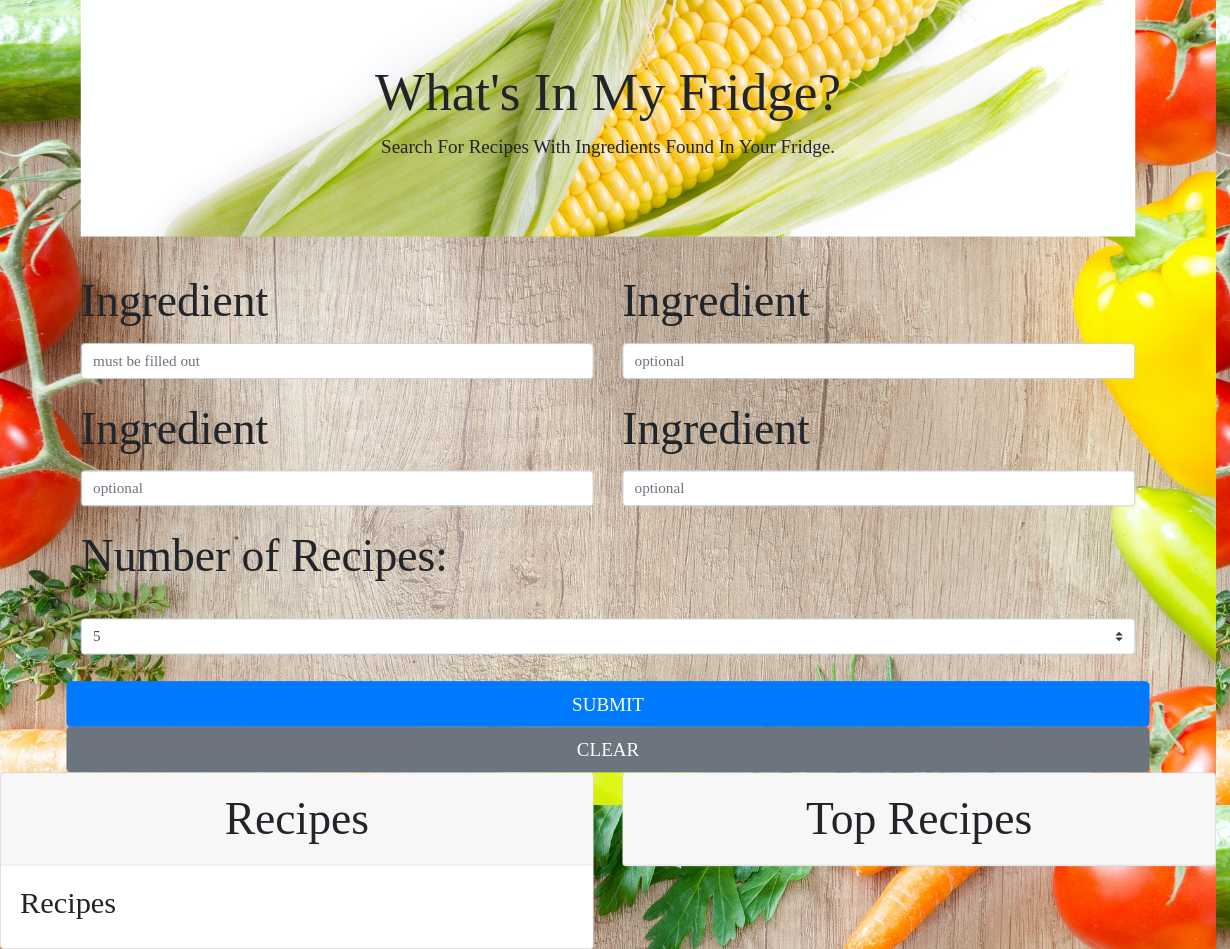
Repository: ogipajic/Recipe_API
Page: index.html
An editor plug-in stored every save of this project. The page is shown before and after the next save, followed by the edit.
The browser window is 1280 px wide. The page is 1295 px wide, so the pictures cover 1295 px, including what lies to the right of the window. The pictures show the whole page, at 95% of full size.
The page's requests for data from a server got no answer. Backgrounds fixed to the window are drawn as part of the page. Some web fonts or font styles are not loaded; a fallback is used.

Above is the page before, as saved 2020-07-12 16:31:34.

After the next save:
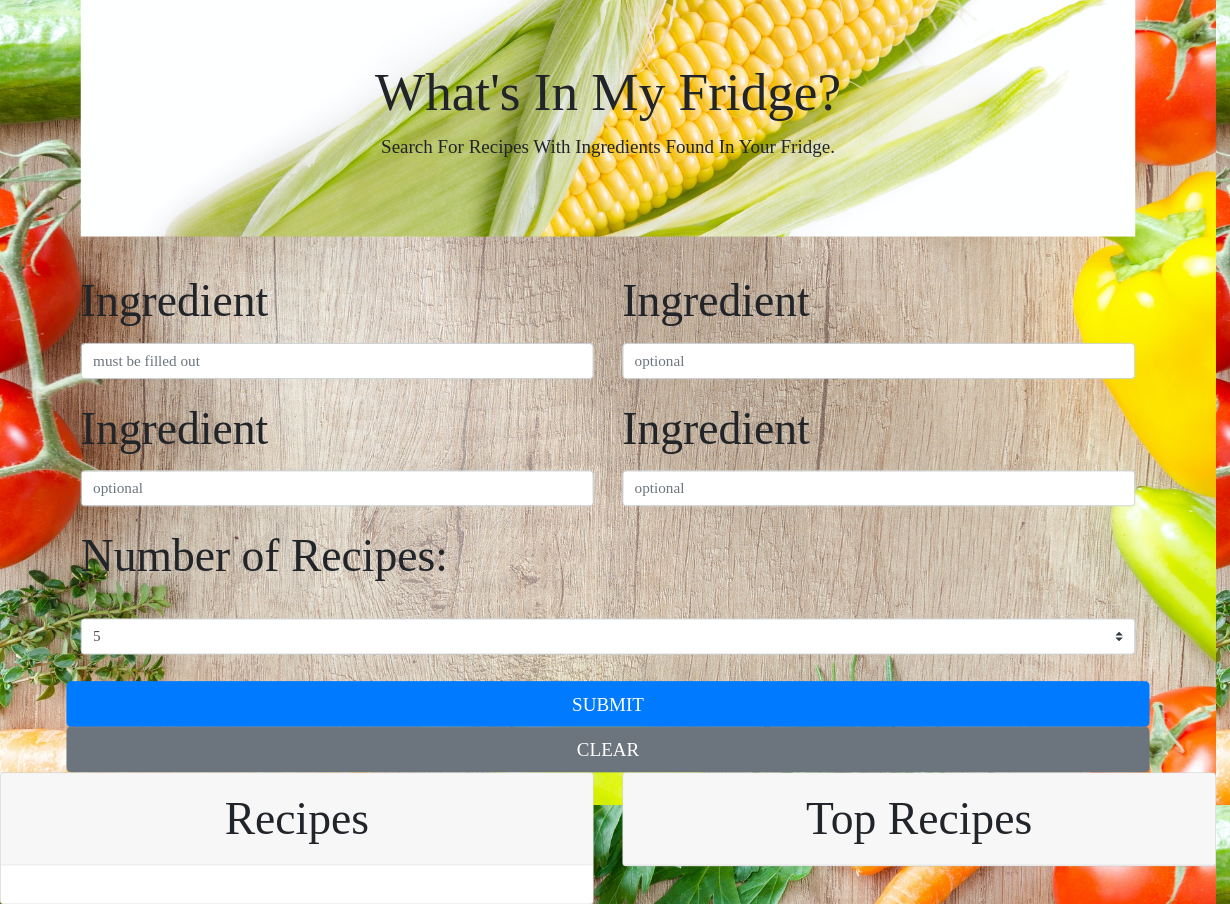
Saved 22 s later.
--- a/index.html
+++ b/index.html
@@ -101,7 +101,6 @@
             </div>
 
             <article class="card-body" id="recipe-section">
-              <h2>Recipes</h2>
             </article>
           </div>
         </div>
